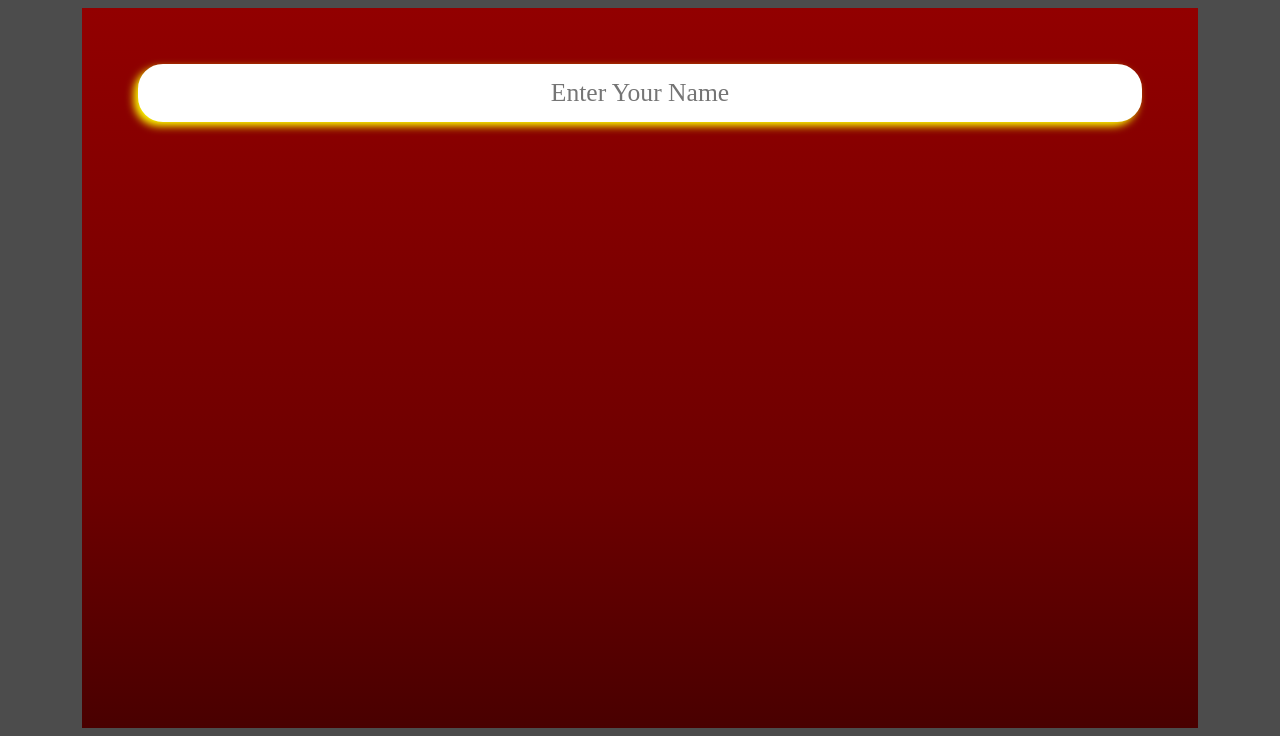
Repository: Haneef-Shaik/Greetings
Page: /
The author's editor kept a copy of each file at every save. The page is drawn from the files as they stood at one save, then again after the next save.
The browser window is 1280 px wide. The pictures show the whole page.
The project was rebuilt for these pictures with package versions that can differ from the ones it lists, and the page was loaded fresh each time. The framework's server and built-in components were replaced by stand-ins that run in the browser. Also part of the build but not shown: next.config.js, styles/card.module.scss, components/card.js, styles/socialShare.module.scss, components/socialShare.js.

Above is the page before, as saved 2021-12-01 20:14:28.

### pages/_app.js
import '../styles/globals.css'
import 'bootstrap/dist/css/bootstrap.css'


function MyApp({ Component, pageProps }) {
  return <Component {...pageProps} />
}

export default MyApp

### pages/index.js
import Card from "../components/card.js";
import {useRouter} from 'next/router';
import Ss from "../components/socialShare"
import InpFrm from "../components/form"

export default function Home() {
  const {query} = useRouter();
  const myurls='https://gratefulprayerthankfulheart.com/wp-content/uploads/2014/12/aquawhitechristmastreegreeting.jpg';

  if(query.length > 0)
  {

    if(query.greeting)
    {
      return (
        <>
          <Card event={query.event} image={query.bgImg} name={query.name} greeting={query.greeting}  />
        </>
          )
    }
    else
    {
      return (
        <>
          <Card event={query.event} image={query.bgImg} name={query.name}  />
        </>
          )
    }

  }
  else
  {
    return (
        <>
          <InpFrm />
        </>
        )
  }
    // return (
    //   <>
        {/* <Card event='Event' image={myurls} name='Name' color='red' greeting="Lorem Ipsum is simply dummy text of the printing and typesetting industry. Lorem Ipsum has been thing software like Aldus PageMaker including versions of Lorem Ipsum."  /> */}
        {/* <Ss mylink="localhost:3000/name=haneef&event=christmas" /> */}
    {/*     <Ss mylink="localhost:3000/name=haneef&event=christmasW&sddsajnodsoduaibdadbksa" /> */}
    //   </>
    //     )

}

### components/form.js
/* eslint-disable no-undef */
import React, {useState,useRef} from 'react'

import 'bootstrap/dist/css/bootstrap.min.css';
import styles from '../styles/form.module.scss';
import IMAGE from 'next/image'


function Edit() {
    return (
        <div className="container-fluid p-2 "  style={{backgroundColor:'#4C4C4C'} }>
            <div className="container">
                <div className="row">
                    <div className="col-12">
                        <div className={styles.formContainer} >
                            <form>
                                <input type="text" placeholder="Enter Your Name" className="col-12 inpName" />
                            </form>
                        </div>
                    </div>
                </div>
            </div>
        </div>
    )
}


class InvitationCard extends React.Component{
    render(){
        return (

                <div className="body p-2" style={{backgroundColor: this.props.c,backgroundImage:`url(${this.props.im})`,backgroundSize:350,backgroundRepeat:'no-repeat'}} >
                    <h1 id="heading" style={{color: this.props.heading}}>{this.props.name}</h1>
                    <p style={{marginTop: "50px",color: this.props.content}}>{this.props.message}</p>
                    <p style={{color: this.props.content}} id="toWhom">{this.props.to}</p>
                </div>
        )
    }

}



export default Edit;

### styles/form.module.scss
.formContainer{
    padding:5%;
    height:100vh;
    // background-color:#FF0000;
    background: linear-gradient(#920000,#800000,#6D0000,#490000);
    input{
        text-align:center;
        font-family: 'Times New Roman', Times, serif;
        font-size:1.6rem;

        border:5px solid #FFFFFF;
        border-radius:25px;
        background-color:#fff;
        box-shadow: -4px 4px 8px yellow;
        line-height:3rem;

    }
}

Loaded but not shown: styles/globals.css (common file)

After the next save:
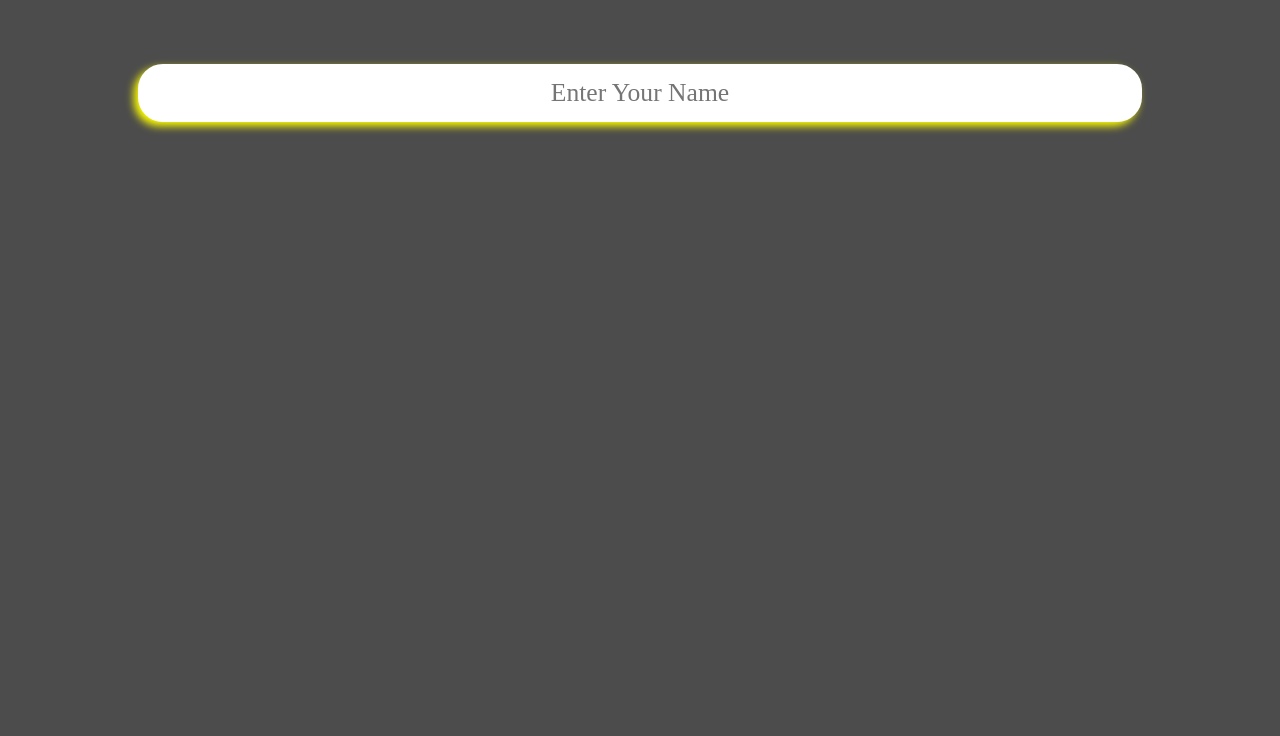
Saved 38 s later.
--- a/styles/form.module.scss
+++ b/styles/form.module.scss
@@ -1,8 +1,8 @@
 .formContainer{
     padding:5%;
     height:100vh;
-    // background-color:#FF0000;
-    background: linear-gradient(#920000,#800000,#6D0000,#490000);
+    background-color:#4C4C4C;
+    // background: linear-gradient(#920000,#800000,#6D0000,#490000);
     input{
         text-align:center;
         font-family: 'Times New Roman', Times, serif;
